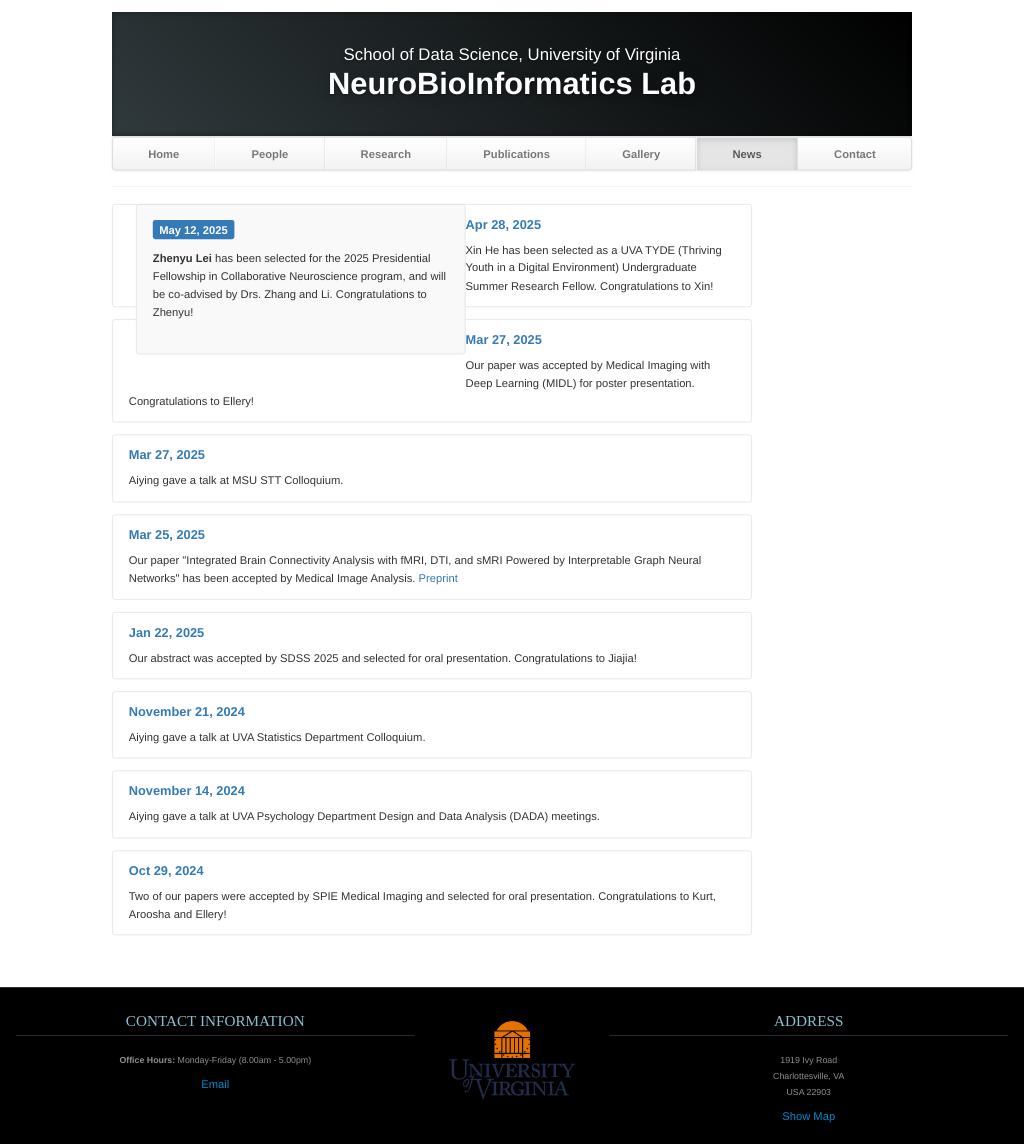
Repository: nbillab/nbillab.io
Page: news.html
An editor plug-in stored every save of this project. The page is shown before and after the next save, followed by the edit.
The browser window is 1280 px wide. The pictures show the whole page, at 80% of full size.

Above is the page before, as saved 2025-08-17 21:12:33.

After the next save:
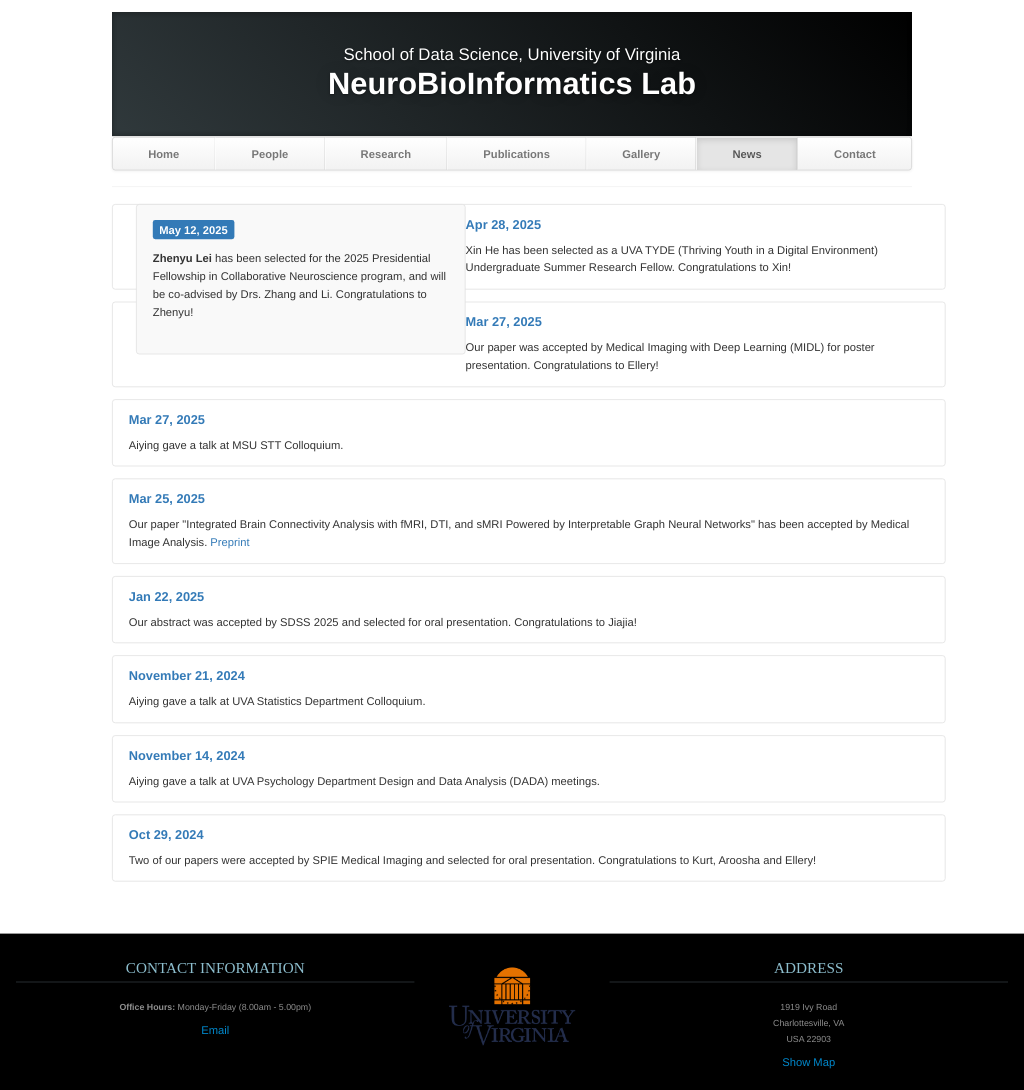
Saved 83 s later.
--- a/news.html
+++ b/news.html
@@ -40,10 +40,12 @@
         }
 
         .news-container {
-            max-width: 800px;
+            width: 100%;
         }
 
         .news-item {
+            display: block;
+            width: 100%;
             background-color: #ffffff;
             border: 1px solid #e1e1e1;
             border-radius: 4px;
